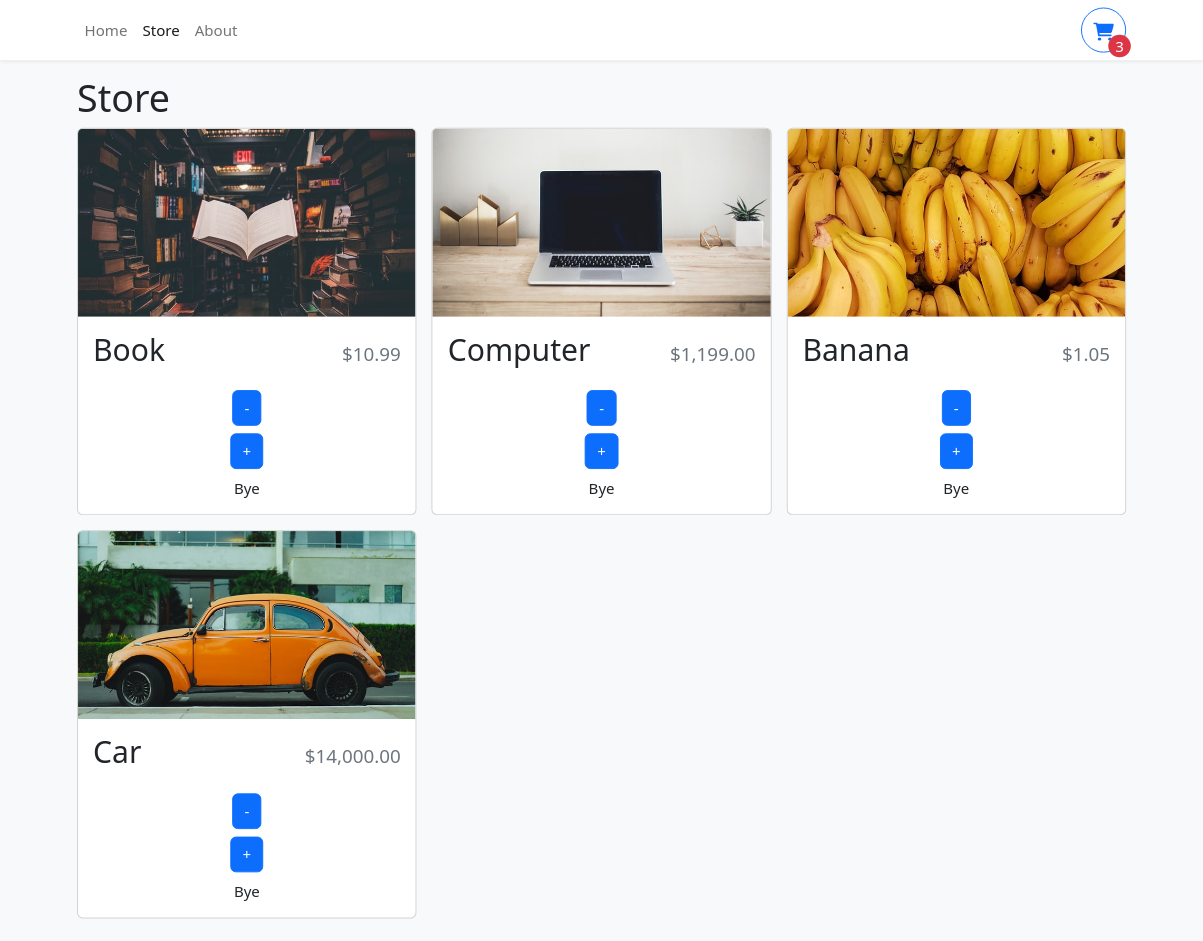
Repository: MoNasr2022/shopping-cart
Page: /store
The author's editor kept a copy of each file at every save. The page is drawn from the files as they stood at one save, then again after a run of saves.
The browser window is 1280 px wide. The pictures show the whole page, at 94% of full size.
The project was rebuilt for these pictures with package versions that can differ from the ones it lists, and the page was loaded fresh each time. Also part of the build but not shown: vite.config.ts, src/pages/Home.tsx, src/pages/About.tsx.

Above is the page before, as saved 2023-04-17 22:58:05.

After the next 2 saves:
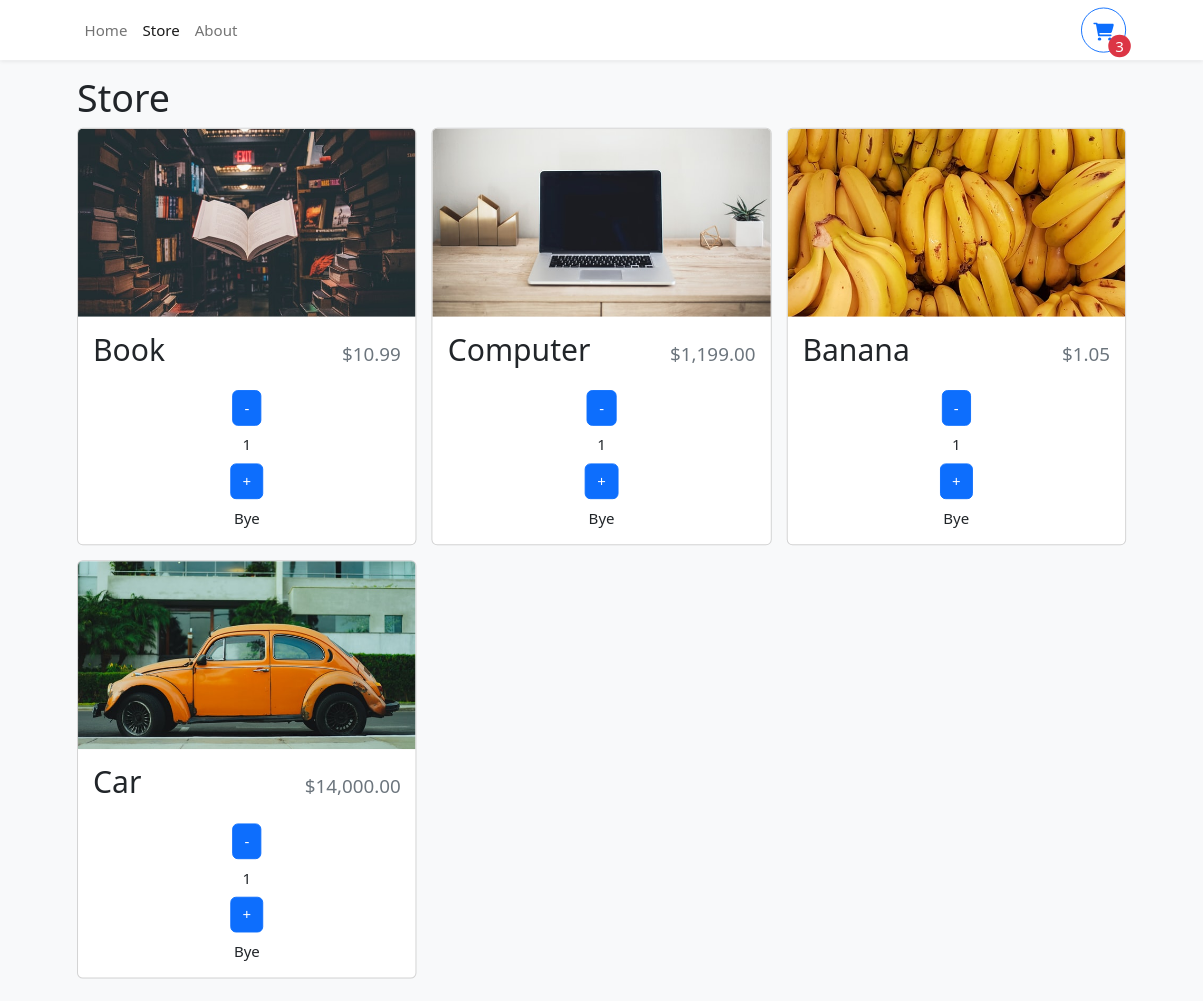
The 2 saves are shown as one change because they came seconds apart.
The last was saved 8 s later.
--- a/src/components/StoreItems.tsx
+++ b/src/components/StoreItems.tsx
@@ -32,7 +32,7 @@ function StoreItems({ id, name, price, imgUrl }: StoreItemsProps) {
               style={{ gap: ".5rem" }}
               >
                 <Button>-</Button>
-
+                <span >{quantity}</span>
                 <Button>+</Button>
               <div
                 className="d-flex justify-content-center align-items-center"
